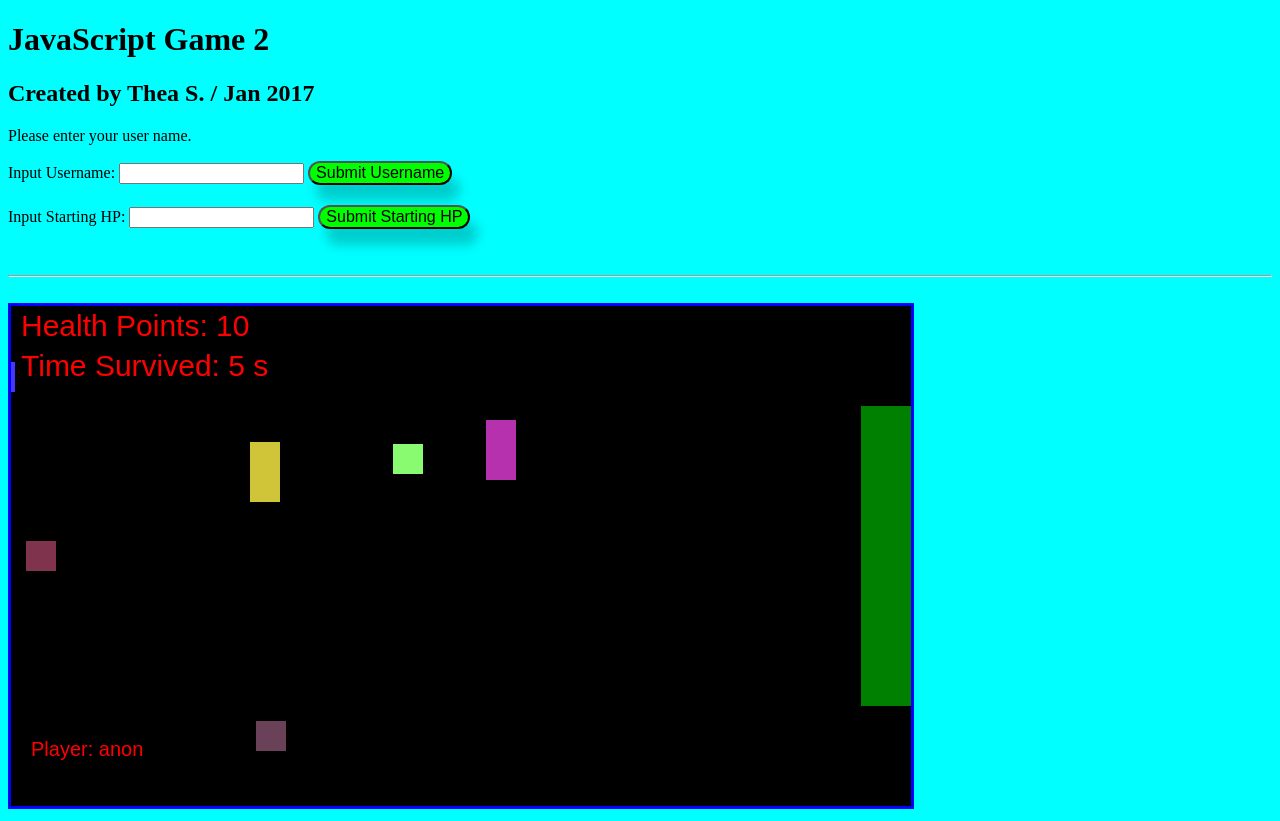
Repository: m-rabbit/b1_sukianto_code
Page: websites/JS_Game_02/index.html
The author's editor kept a copy of each file at every save. The page is drawn from the files as they stood at one save, then again after the next save.
The browser window is 1280 px wide. The pictures show the whole page.

Above is the page before, as saved 2017-03-02 15:02:24.

After the next save:
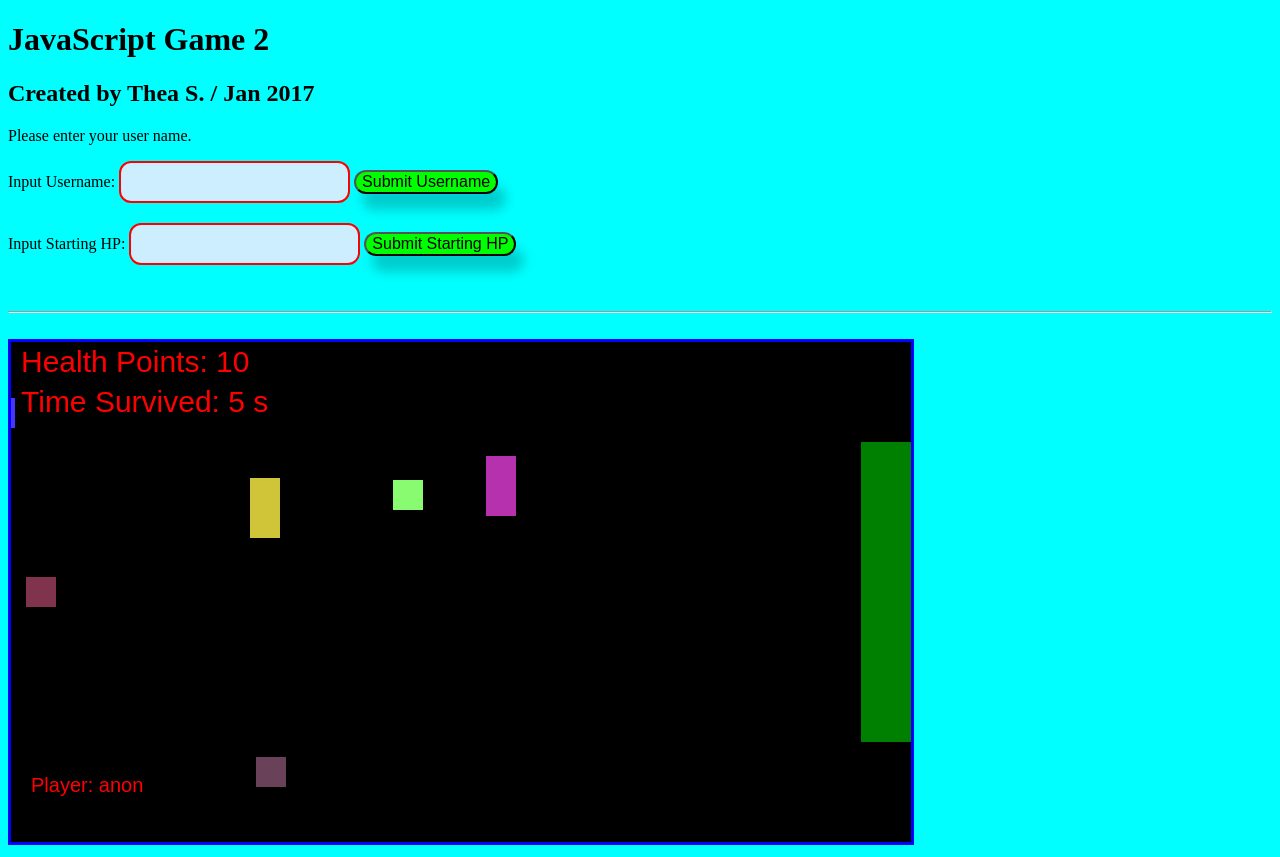
Saved 3 min 22 s later.
--- a/websites/JS_Game_02/index.html
+++ b/websites/JS_Game_02/index.html
@@ -16,6 +16,13 @@
 				font-size: 16px;
 				border-radius: 12px;
 				box-shadow: 8px 16px 12px rgba(0,0,0,0.2);
+			}
+			.inputBox {
+				background-color: #cceeff;
+				font-size: 16px;
+				padding: 10px;
+				border-radius: 12px;
+				border: 2px solid #FF0000;
 			}
 		</style>
 	</head>
